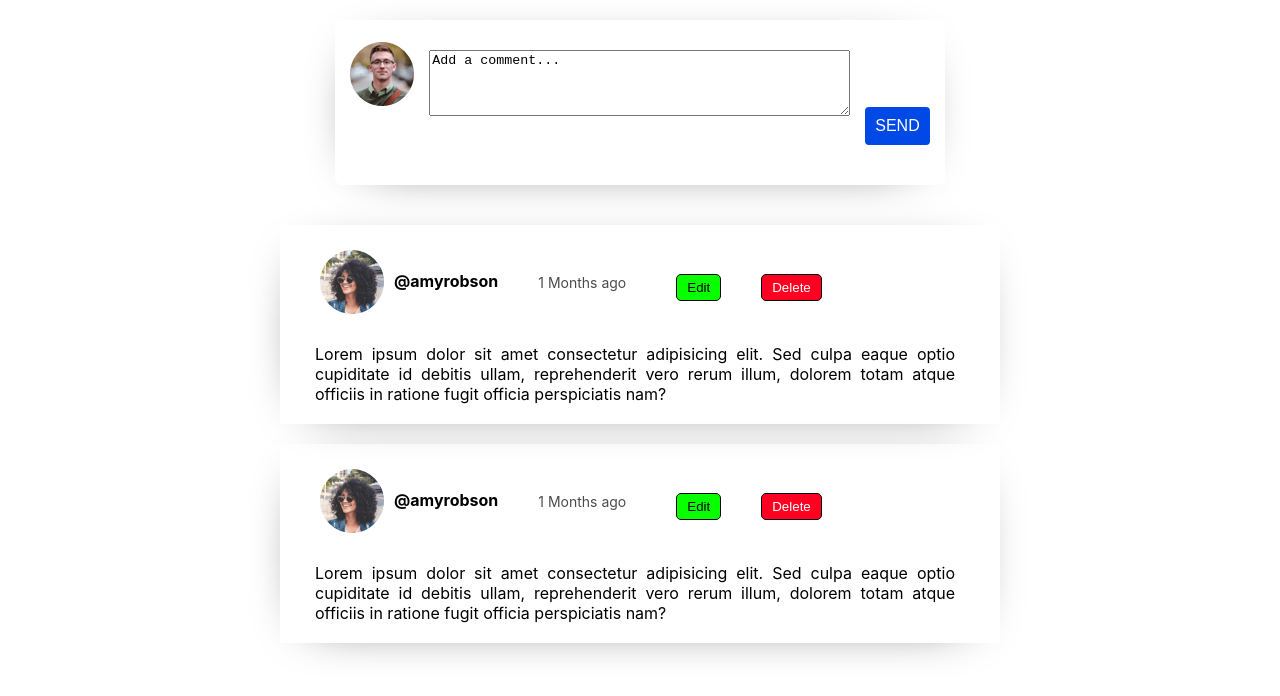
Repository: badhon252/interactive-comments-section
Page: /
An editor plug-in stored every save of this project. The page is shown before and after the next save, followed by the edit.
The browser window is 1280 px wide. The pictures show the whole page.
The project was rebuilt for these pictures with package versions that can differ from the ones it lists, and the page was loaded fresh each time.

Above is the page before, as saved 2022-01-27 23:09:52.

After the next save:
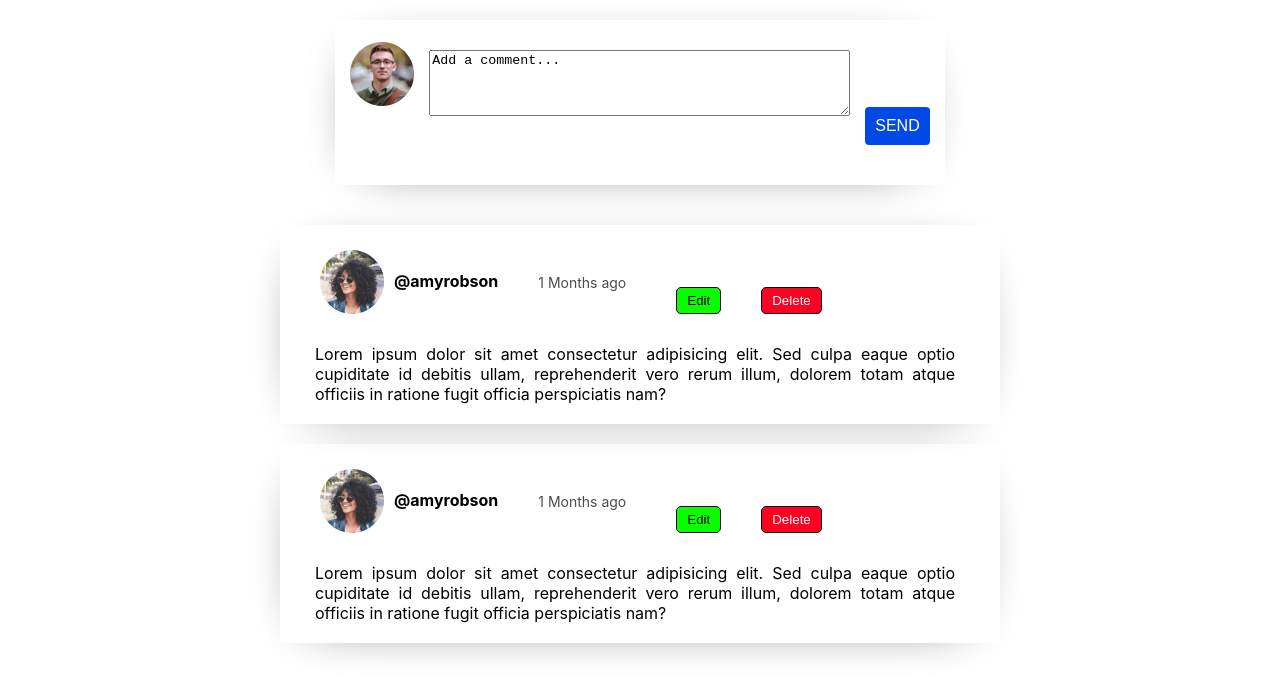
Saved 5 s later.
--- a/src/App.css
+++ b/src/App.css
@@ -72,7 +72,7 @@
   padding-top: 24px;
   padding-left: 30px;
   display: flex;
-  align-items: flex-start;
+  align-items: flex-end;
 }
 .edit {
   background-color: rgb(9, 255, 0);

After the 2 saves that followed:
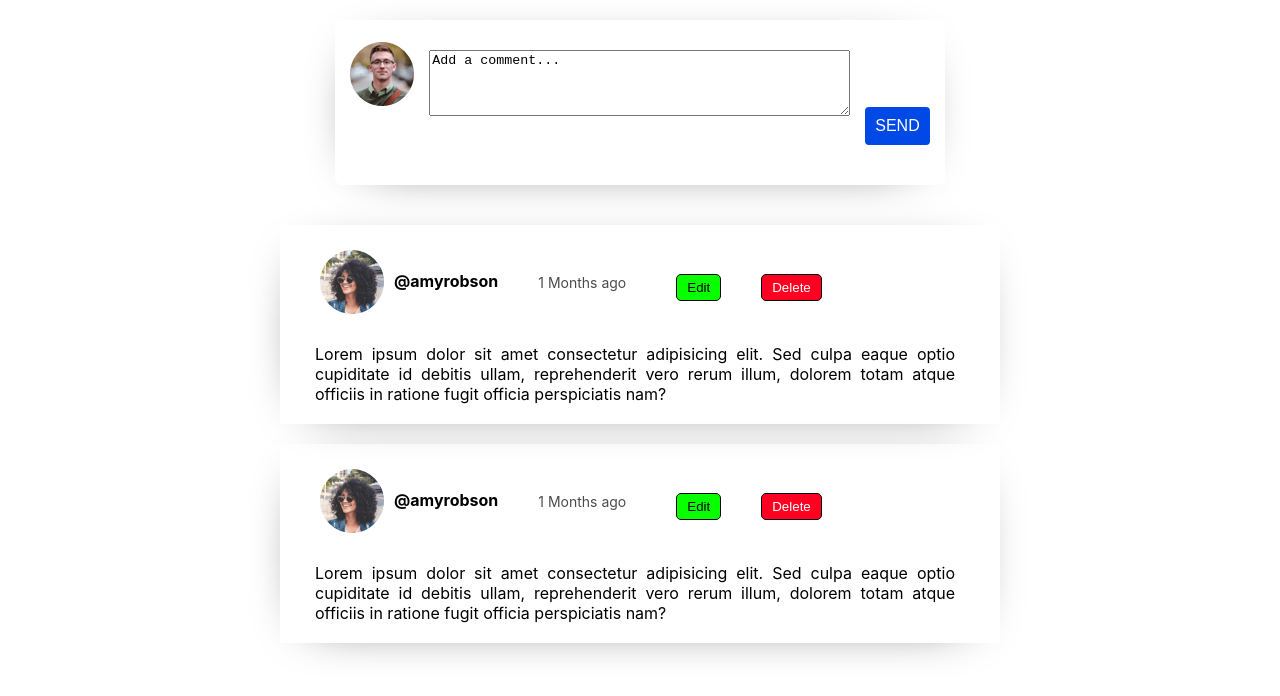
The 2 saves are shown as one change because they came seconds apart.
The last was saved 13 s later.
--- a/src/App.css
+++ b/src/App.css
@@ -71,8 +71,6 @@
   text-align: right;
   padding-top: 24px;
   padding-left: 30px;
-  display: flex;
-  align-items: flex-end;
 }
 .edit {
   background-color: rgb(9, 255, 0);
